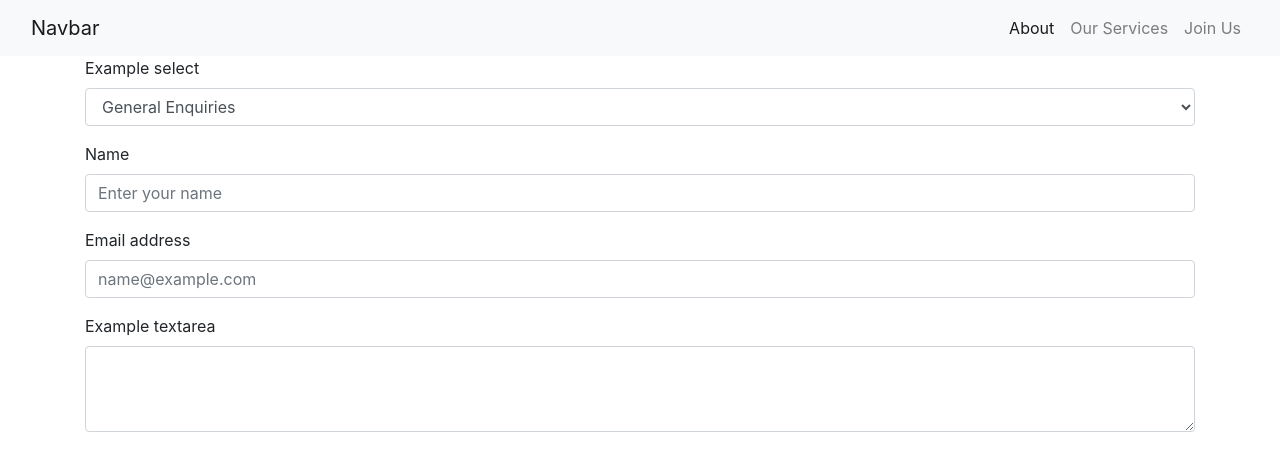
Repository: Code-Institute-Submissions/Jasonngyt-Project1
Page: enquiry.html
The author's editor kept a record of every edit. The page is drawn from the files as they stood at one moment, then again after the next edit.
The browser window is 1280 px wide. The pictures show the whole page.
Some web fonts or font styles are not loaded; a fallback is used. Some web libraries are served in a nearby version.

Above is the page before.

After the next edit:
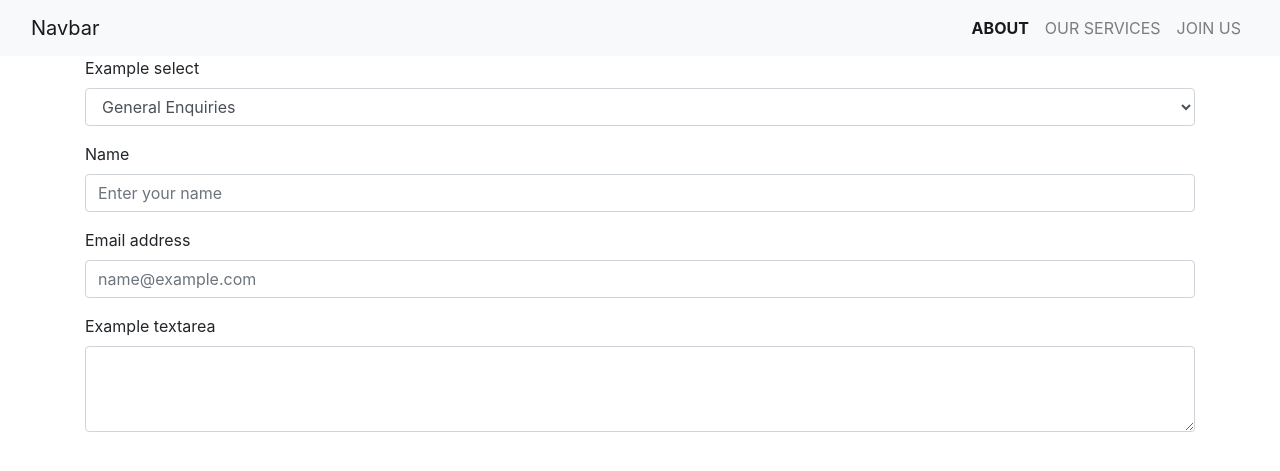
The edit:
--- a/enquiry.html
+++ b/enquiry.html
@@ -22,7 +22,7 @@
 <body>
 
     <!-- Navbar -->
-    <nav class="navbar navbar-expand-md navbar-light bg-light">
+    <nav class="navbar navbar-expand-md navbar-light bg-light sticky-top">
         <div class="container-fluid">
             <a class="navbar-brand" href="index.html">Navbar</a>
             <button class="navbar-toggler" type="button" data-toggle="collapse" data-target="#navbarSupportedContent">
@@ -32,13 +32,13 @@
             <div class="collapse navbar-collapse" id="navbarSupportedContent">
                 <ul class="navbar-nav ml-auto">
                     <li class="nav-item active">
-                        <a class="nav-link" href="index.html">About <span class="sr-only">(current)</span></a>
+                        <a class="nav-link nav text-uppercase" href="index.html"><strong>About</strong><span class="sr-only">(current)</span></a>
                     </li>
                     <li class="nav-item">
-                        <a class="nav-link" href="services.html">Our Services</a>
+                        <a class="nav-link text-uppercase" href="services.html">Our Services</a>
                     </li>
                     <li class="nav-item">
-                        <a class="nav-link" href="enquiry.html" tabindex="-1">Join Us</a>
+                        <a class="nav-link text-uppercase" href="enquiry.html" tabindex="-1">Join Us</a>
                     </li>
                 </ul>
             </div>
